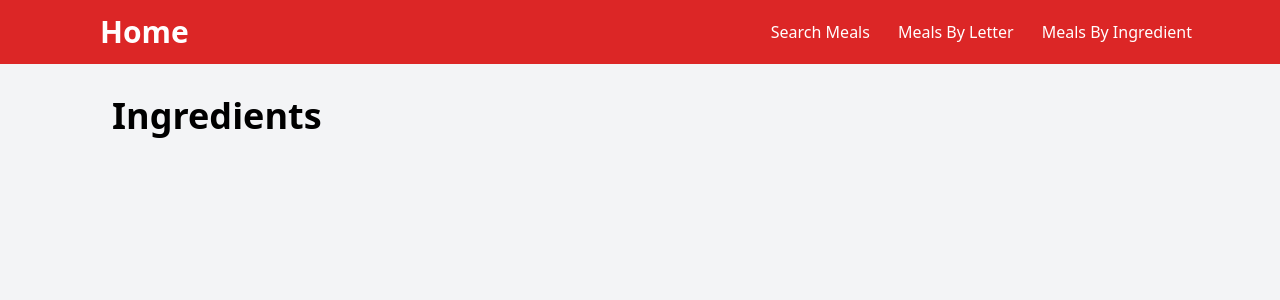
Repository: HalemX/meals
Page: /ingredients
An editor plug-in stored every save of this project. The page is shown before and after the next save, followed by the edit.
The browser window is 1280 px wide. The pictures show the whole page.
The page's requests for data from a server got no answer. The project was rebuilt for these pictures with package versions that can differ from the ones it lists, and the page was loaded fresh each time. No one was signed in, and anything a server would have sent is missing. Also part of the build but not shown: vite.config.js, src/components/ui/BaseButtons.vue, src/components/meals_components/MealsItem.vue, src/pages/home/HomePage.vue, src/components/layout/GuestLayout.vue, src/pages/meals/MealsByIngredient.vue, src/pages/meals/MealsByLetters.vue, src/pages/meals/MealsByName.vue and 1 more.

Above is the page before, as saved 2024-02-12 17:35:50.

After the next save:
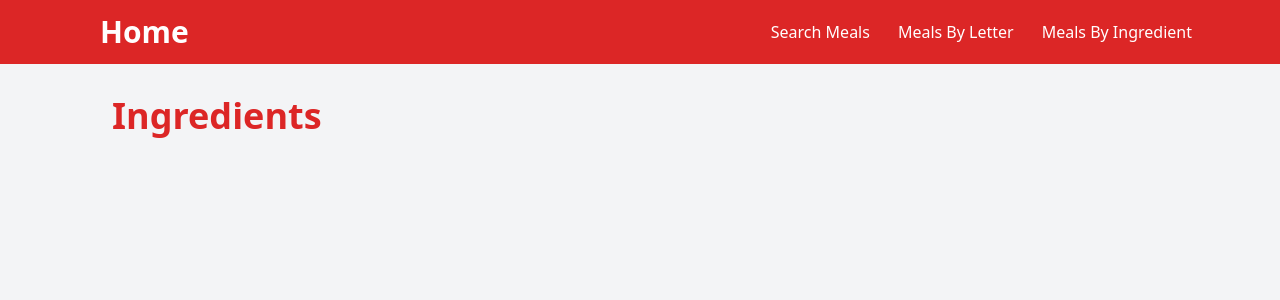
Saved 107 s later.
--- a/src/pages/meals/AllIngredients.vue
+++ b/src/pages/meals/AllIngredients.vue
@@ -1,6 +1,6 @@
 <template>
   <div class="p-8 lg:mx-20">
-    <h1 class="text-4xl font-bold mb-4">Ingredients</h1>
+    <h1 class="text-4xl font-bold mb-4 text-[#dc2626]">Ingredients</h1>
     <div class="grid grid-cols-1 md:grid-cols-2 gap-5">
       <router-link
         :to="{
